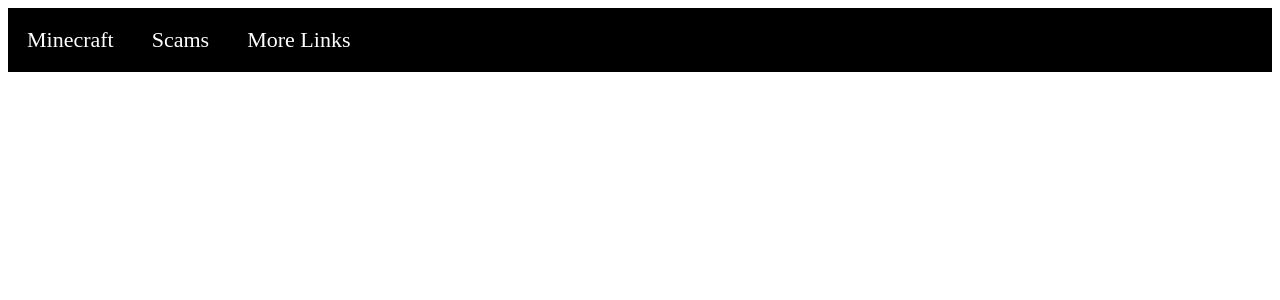
Repository: Peng-uin/Peng-uin.github.io
Page: index.html
The author's editor kept a record of every edit. The page is drawn from the files as they stood at one moment, then again after the next edit.
The browser window is 1280 px wide. The pictures show the whole page.

Above is the page before.

### index.html
<!DOCTYPE html>
<html>
  <head>

    <title>repl.it</title>

    <style>
      .navbar{
        background-color: black;
        width: 100%;
        height: 64px;
      }

      .navbar a {
        color: white;
        font-size: 22px;
        text-decoration: none;
        padding:19px;
        float:left;
      }
      .morelinks{
          color: white;
        font-size: 22px;
        text-decoration: none;
        padding:19px;
      }
      .navbar a:hover, .morelinks:hover{
        background-color: #4287f5;
      }

      .dropdown:hover .dropdown-content{
        display:block;
        background-color: black;
      }

      .dropdown-content{
        position: absolute;
        display:none;
        z-index:  1;
      }

      .dropdown{
          background-color:black;
          color: white;
          float: left;
          text-decoration: none;
          font-size: 20px;
      }
      .dropdown-content a{
          float: none;
          display: block;
      }
    </style>

  </head>
  <body>
    <div class="navbar">
      <a href="https://www.minecraft.net">Minecraft</a>
      <a href="https;//www.google.com/finance</a>
      <a href="https://www.collegeboard.com">Scams</a>
      <div class="dropdown">
        <div class="morelinks">More Links</div>
        <div class="dropdown-content">
          <a href="https://www.awseducate.com">AWS Educate</a>
          <a href="https://www.coolmath.com">Coolmath</a>
        </div>
      </div>

    </div>

  </body>
</html>

After the next edit:
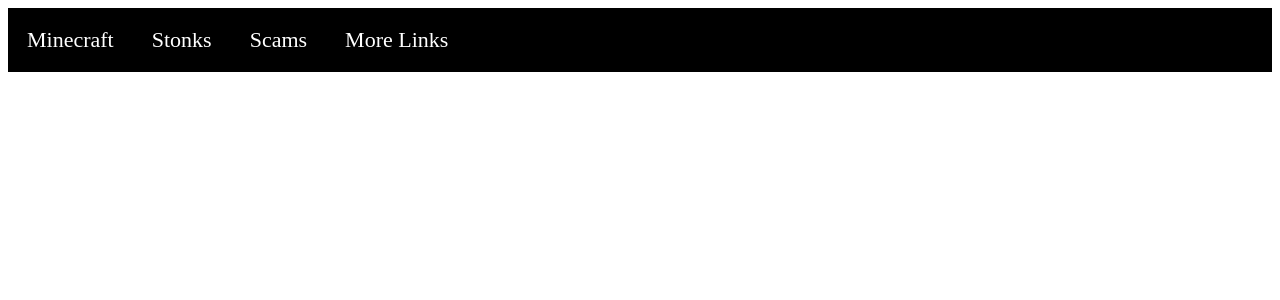
The edit:
--- a/index.html
+++ b/index.html
@@ -56,7 +56,7 @@
   <body>
     <div class="navbar">
       <a href="https://www.minecraft.net">Minecraft</a>
-      <a href="https;//www.google.com/finance</a>
+      <a href="https;//www.google.com/finance">Stonks</a>
       <a href="https://www.collegeboard.com">Scams</a>
       <div class="dropdown">
         <div class="morelinks">More Links</div>
